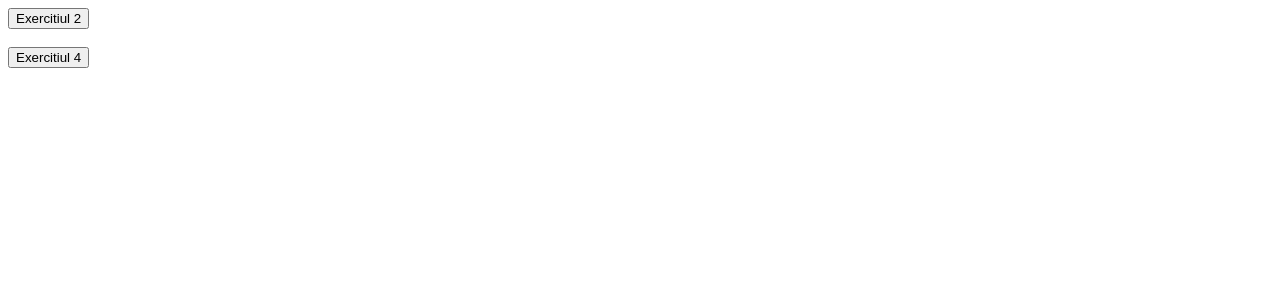
Repository: vladutbutnaru/DentalClinicManagementTool
Page: Laborator/WebContent/index.html
These files come from the project's save history. The page is drawn as it stood at one moment and after the next save; the edit follows.
The browser window is 1280 px wide. The pictures show the whole page.

Above is the page before, as saved 2016-10-13 13:02:02.

After the next save:
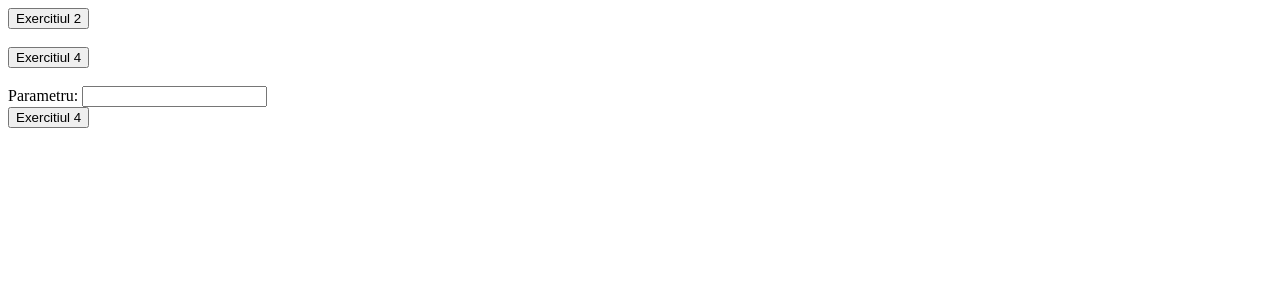
Saved 43 s later.
--- a/Laborator/WebContent/index.html
+++ b/Laborator/WebContent/index.html
@@ -12,5 +12,10 @@
 <form action="Exercise4Servlet" method="POST">
 <input type="submit" value="Exercitiul 4"/>
 </form>
+<br/>
+<form action="Exercise4Servlet" method="POST">
+Parametru: <input type="text"/> <br/>
+<input type="submit" value="Exercitiul 4"/>
+</form>
 </body>
 </html>
